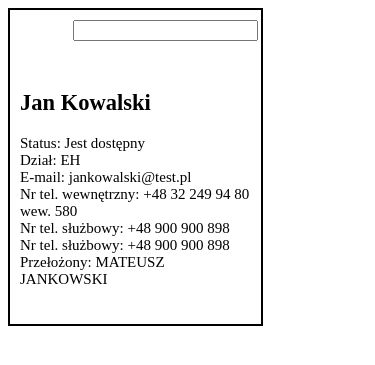
Repository: emdes515/EHpanel
Page: html/dashboardObecnosc.html
The author's editor kept a copy of each file at every save. The page is drawn from the files as they stood at one save, then again after the next save.
The browser window is 375 px wide. The pictures show the whole page.

Above is the page before, as saved 2024-04-22 10:29:56.
Console error: ReferenceError: $ is not defined

### html/dashboardObecnosc.html
<style>
	.main {
		width: 70%;
		height: 40%;
		border: 2px solid black;
		display: flex;
		flex-direction: column;
		font-size: 15px;
	}

	.inputContainer {
		margin: 10px;
		align-self: center;
		width: 50%;
		height: 10%;
	}

	.info {
		margin: 10px;
	}

	@scree;
</style>

<div class="main">
	<div class="inputContainer">
		<input
			id="dashboardObecnoscInput"
			name="dashboardObecnoscInput" />
	</div>

	<div class="info">
		<div>
			<h2>Jan Kowalski</h2>
		</div>
		<div>
			<div><span>Status: </span> <span>Jest dostępny</span></div>
			<div><span>Dział: </span> <span>EH</span></div>
			<div><span>E-mail: </span> <span>jankowalski@test.pl</span></div>
			<div><span>Nr tel. wewnętrzny: </span> <span>+48 32 249 94 80 wew. 580</span></div>
			<div><span>Nr tel. służbowy: </span> <span>+48 900 900 898</span></div>
			<div><span>Nr tel. służbowy: </span> <span>+48 900 900 898</span></div>
			<div><span>Przełożony: </span> <span>MATEUSZ JANKOWSKI</span></div>
		</div>
	</div>
</div>

<script
	type="text/javascript"
	src="js/dashboardObecnosc.js"></script>

### js/dashboardObecnosc.js
$(document).ready(function () {
	const pracownicyNieobecnii_Zdalnie = $('#dashboardObecnoscInput').jqxInput({
		placeHolder: 'Wprowadź dane pracownika',
		height: '100%',
		width: '100%',
		minLength: 1,
	});

	const url = 'https://api.elgor.com.pl/login';
	const apikey =
		'f000983f7ccf9d50418948aeb3eef18484fb354824ca383c64823bd7db18c41b82b90434b9ab30e4f310701d749fa158569573b16a13cbd15fd0b853af04ed77';

	fetch(url, {
		method: 'GET',
		headers: {
			Accept: 'application/json',
			apikey: apikey,
		},
	})
		.then((response) => response.json())
		.then((data) => console.log(data));
});

After the next save:
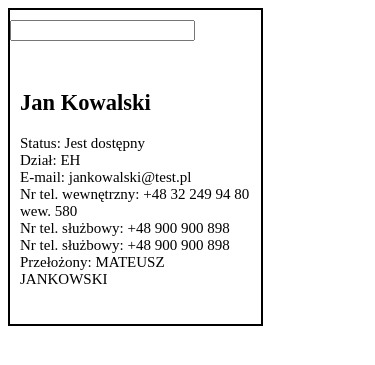
Saved 52 s later.
--- a/html/dashboardObecnosc.html
+++ b/html/dashboardObecnosc.html
@@ -1,25 +1,30 @@
 <style>
-	.main {
-		width: 70%;
-		height: 40%;
-		border: 2px solid black;
-		display: flex;
-		flex-direction: column;
-		font-size: 15px;
+		.main {
+			width: 70%;
+			height: 40%;
+			border: 2px solid black;
+			display: flex;
+			flex-direction: column;
+			font-size: 15px;
+		}
+
+		.inputContainer {
+			margin: 10px;
+			align-self: center;
+			width: 50%;
+			height: 10%;
+		}
+
+		.info {
+			margin: 10px;
+		}
+
+		@media (max-width: 600px) {
+			.inputContainer {
+				width: 100%;
+			}
+		}
 	}
-
-	.inputContainer {
-		margin: 10px;
-		align-self: center;
-		width: 50%;
-		height: 10%;
-	}
-
-	.info {
-		margin: 10px;
-	}
-
-	@scree;
 </style>
 
 <div class="main">
